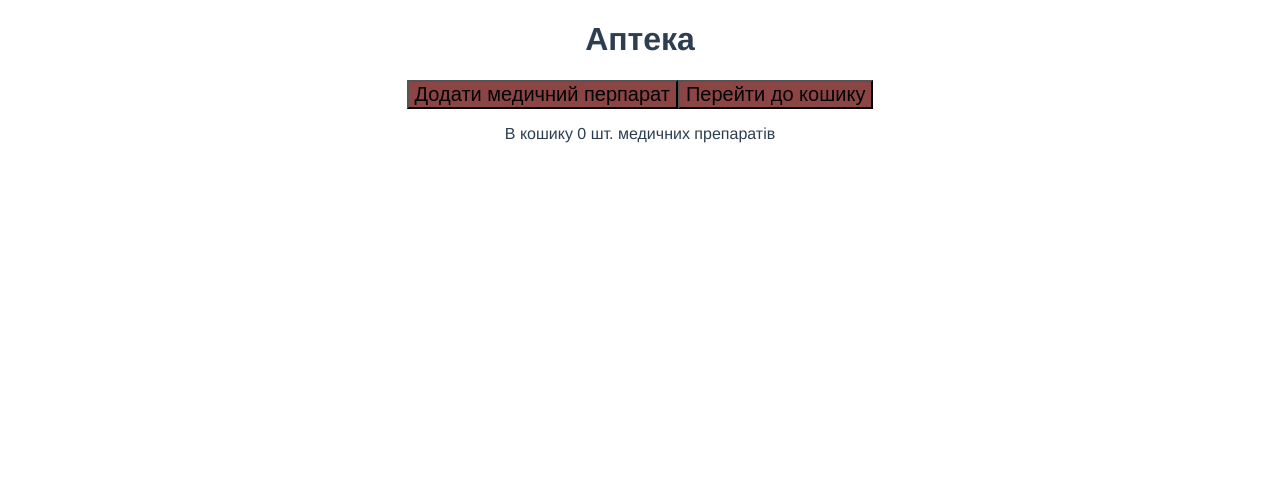
Repository: kristinap8/pharmacy
Page: /
An editor plug-in stored every save of this project. The page is shown before and after the next save, followed by the edit.
The browser window is 1280 px wide. The pictures show the whole page.
The project was rebuilt for these pictures with package versions that can differ from the ones it lists, and the page was loaded fresh each time. Also part of the build but not shown: src/components/AddMedicineForm/index.vue, src/pages/AddMedicine/index.vue, src/components/EditMedicineForm/index.vue, src/pages/EditMedicine/index.vue, src/components/CartForm/index.vue, src/pages/Cart/index.vue.

Above is the page before, as saved 2020-12-10 10:23:51.

### src/main.js
import Vue from 'vue'
import App from './App.vue'
import router from "./router"
import store from "./store"

Vue.config.productionTip = false

new Vue({
  store,
  router,
  render: h => h(App),
}).$mount('#app')

### src/App.vue
<template>
  <div id="app">
    <router-view/>
  </div>
</template>

<script>
export default {
  name: "App",
  components: {},
};
</script>

<style>
#app {
  font-family: Avenir, Helvetica, Arial, sans-serif;
  -webkit-font-smoothing: antialiased;
  -moz-osx-font-smoothing: grayscale;
  color: #2c3e50;
}
</style>

### src/router.js
import Vue from "vue";
import VueRouter from "vue-router";
import AddMedicine from "@/pages/AddMedicine";
import EditMedicine from "@/pages/EditMedicine";
import AllMedicines from "@/pages/AllMedicines";
import Cart from "@/pages/Cart";

Vue.use(VueRouter);

const routes=[
    {
        path:'/',
        name:'all-medicines',
        component:AllMedicines
    },
    {
        path:'/edit_medicine/:medicine_id',
        name:'edit-medicine',
        component:EditMedicine
    },
    {
        path:'/add_medicine',
        name:'add-medicine',
        component:AddMedicine
    },
    {
        path:'/cart',
        name:'cart',
        component:Cart
    },

]

const router=new VueRouter({
    mode:"history",
    routes
});

export default router;

### src/store/index.js
import Vue from "vue";
import Vuex from "vuex";
import { v4 as uuid_v4 } from 'uuid'

Vue.use(Vuex)
const store=new Vuex.Store({
    state:{
      medicinesList:[
          {
              id:1,
              name:'Но-шпа',
              price:60.5,
              requirements:"Спазми гладкої мускулатури, пов'язані з захворюваннями біліарного тракту: холецистолітіаз, холангіолітіаз, холецистит, перихолецистит, холангіт, папіліт. Спазми гладкої мускулатури при захворюваннях сечового тракту: нефролітіаз, уретролітіаз, пієліт, цистит, тенезми сечового міхура.",
              maker:"Chinoin (Угорщина)"

          },
          {
            id:2,
            name:"Діазолін",
            price:19,
            requirements:"Профілактика і лікування сезонного та алергічного риніту, полінозу, кропив'янки, харчової та медикаментозної алергії, дерматозів, що супроводжуються свербежем шкіри (екзема, нейродерміт).",
            maker:"Фармак ОАО (Україна, Київ)"

        },
        {
            id:3,
            name:"Амоксил",
            price:81.5,
            requirements:"Інфекції органів дихання, сечостатевої системи, травного тракту (у тому числі у комбінації з метронідазолом або кларитроміцином застосовують для лікування захворювань, асоційованих із Helicobacter pylori), шкіри та м’яких тканин, спричинені чутливими до лікарського засобу мікроорганізмами.",
            maker:"Киевмедпрепарат ОАО (Україна, Київ)"

        }
      ],
      cart:[],
      cartItemsCount:0
    },
    mutations:{
        addMedicine(state, data) {
            state.medicinesList.push({
             id: uuid_v4(),
             ...data,
           })
         },
         deleteMedicine(state,id){
             let medicines=state.medicinesList.filter(medicine=>medicine.id!=id)
             state.medicinesList=medicines;
         },
         editMedicine(state,medicine){
             state.medicinesList.forEach(m=>{
                 if(m.id==medicine.id){
                     m=medicine;
                 }
             } )
         },
         addToCart(state,medicine){
            let isMedicineExists=state.cart.find(m => m.id == medicine.id);

            if (isMedicineExists) {
                isMedicineExists.quantity ++;
                isMedicineExists.totalPrice = (isMedicineExists.quantity * isMedicineExists.price).toFixed(2);
            } else {
                state.cart.push(medicine);

                Vue.set(medicine, 'quantity', 1);
                Vue.set(medicine, 'totalPrice', medicine.price);
            }
             state.cartItemsCount++
         },
         deleteItemFromCart(state,medicine){
            let index = state.cart.indexOf(medicine);
            if (index > -1) {
                let item= state.cart[index];
                if(item.quantity>1)
                {
                    state.cartItemsCount--;
                    item.quantity--;
                    item.totalPrice-=item.price;
                }
                else{
                    state.cartItemsCount -= item.quantity;
                    state.cart.splice(index, 1);
                }

            }
         }
    },
    actions:{
        addMedicine({ commit }, medicine) {
            commit('addMedicine', medicine)
         },
          deleteMedicine({commit},id){
              commit('deleteMedicine',id)
          },
          editMedicine({commit},medicine){
              commit('editMedicine',medicine)
          },
          addToCart({commit},medicine){
              commit('addToCart',medicine)
          },
          deleteItemFromCart({commit},medicine){
              commit("deleteItemFromCart",medicine)
          }

    },
    getters:{
        getMedicines:(state)=> state.medicinesList,
        getMedicineById:(state)=>(id)=>{return state.medicinesList.find(m=>m.id===id)},
        getMedicinesInCart:(state)=>state.cart,
     },
    modules:{

    }
})

export default store

### src/pages/AllMedicines/index.vue
<template>
    <div>
        <h1 class="header">Аптека</h1>
        <div class='btns'>
        <router-link to="/add_medicine" tag="button" class='add-btn'>Додати медичний перпарат</router-link>
        <router-link to="/cart" tag="button" class='cart-btn'>Перейти до кошику</router-link>
        </div>
        <p class="cart-count">В кошику {{this.$store.state.cartItemsCount}} шт. медичних препаратів</p>
     <medicines-list/>
    </div>
</template>

<script>

import MedicinesList from "../../components/MedicinesList"
    export default {
        name:"AllMedicine",
        components: {
            MedicinesList,
        },

    }
</script>

<style lang="scss" scoped>
 .header{
      text-align: center;
  }
  .cart-count{
   text-align: center;
  }
  .btns{
      text-align: center;
  }
  .add-btn{
      background:rgb(139, 69, 69);
      font-size:20px;
  }
  .cart-btn{
      background:rgb(139, 69, 69);
      font-size:20px;
  }
</style>

### src/components/MedicinesList/index.vue
<template>
    <div>
        <div>
          <input type="text" placeholder="Знайти..." v-model="search"/>
          <label>
          Фільтер ціни:(до якої ціни відображати товари):
          <input type="number" v-model="price"/>
          </label>
        </div>
        <div>
            <label>
                Сортування:
                <button>Сортувати</button>
                за ціною
                <button>Сортувати</button>
                за назвою
            </label>
        </div>
    <div class="list-container">
    <medicine-card
    v-for="medicine in filteredMedicines"
    :key="medicine.id"
    :id="medicine.id"
    :name="medicine.name"
    :price="medicine.price"
    :requirements="medicine.requirements"
    :maker="medicine.maker"
    />
     </div>
    </div>
</template>

<script>
import { mapGetters } from 'vuex'
import MedicineCard from "./MedicineCard"
    export default {
        name:"MedicinesList",
        data() {
            return {
                search:"",
                price:this.getMaxPrice(),
            }
        },
        components: {
        MedicineCard,
        },
        computed: {
            ...mapGetters(['getMedicines']),
            filteredMedicines() {
           return this.getMedicines
             .filter((m) => {
              return (
              m.name.toLowerCase().includes(this.search.toLowerCase()) ||
              m.maker.toLowerCase().includes(this.search.toLowerCase()) ||
              m.requirements.toLowerCase().includes(this.search.toLowerCase())||
              m.price==Number(this.search)
            );})
            .filter((m)=>{
                return(
                   m.price <= Number(this.price)
                )
            })
            },
        methods: {
            getMaxPrice() {
                var maxPrice=this.getMedicines.reduce(function(prev,cur) {
                    return cur.price>prev.price?cur:prev;
                    },{price:-Infinity});
                    return maxPrice
              }

        },
        }
       }

//var sortByName = function (d1, d2) {return (d1.name.toLowerCase() > d2.name.toLowerCase()) ? 1 : -1;};
//var sortByPrice = function (d1, d2) { return (d1.price > d2.price) ? 1 : -1; };
</script>

<style lang="scss" scoped>
  .list-container{
      display: flex;
  }
</style>

### src/components/MedicinesList/MedicineCard/index.vue
<template>
    <div class="card-container">
    <div><b>Назва:</b>{{name}}</div>
    <div><b>Ціна:</b>{{price}}</div>
    <div><b>Показання:</b>{{requirements}}</div>
    <div><b>Виробник:</b>{{maker}}</div>
    <button @click="onEditMedicine" class="edit-btn">Редагувати</button>
    <button @click="onDeleteMedicine(id)" class="delete-btn">Видалити</button>
    <button @click="onAddToCart({id,name,price,requirements,maker})" class="add-btn">Додати до кошику</button>
    </div>
</template>

<script>
import { mapActions } from 'vuex'
  export default {
        name:"MedicineCard",
        props: {
            id: {
                type: [String,Number],
                required:true,
            },
            name: {
                type: String,
                default:"Назва препарату не вказана"
            },
            price:{
                type:[String,Number],
                default:0
            },
            requirements:{
                type:String,
                default:"Показань до застосування не вказано"
            },
            maker:{
                type:String,
                default:"Виробника не вказано"
            }

        },
        methods: {
            onDeleteMedicine(id) {
                this.$store.dispatch("deleteMedicine",id)
             },
            onEditMedicine(){
                this.$router.push({
                    name:'edit-medicine',
                    params:{medicine_id:this.id}
                })
            },
            ...mapActions(['addToCart']),
            onAddToCart(item){
                this.$store.dispatch('addToCart',item)
            }
        },
    }
</script>

<style lang="scss" scoped>
.card-container{
  width: 400px;
  height: 200px;
  border: 5px solid rgb(87, 26, 39);
  border-radius: 5px;
  padding: 10px;
  margin: 10px;
  text-align: left;
}
.add-btn{
    background:rgb(75, 138, 91)
}
.edit-btn{
    background:rgb(114, 75, 177)
}
.delete-btn{
    background:rgb(153, 21, 21)
}
</style>

Loaded but not shown: public/index.html (common file)

After the next save:
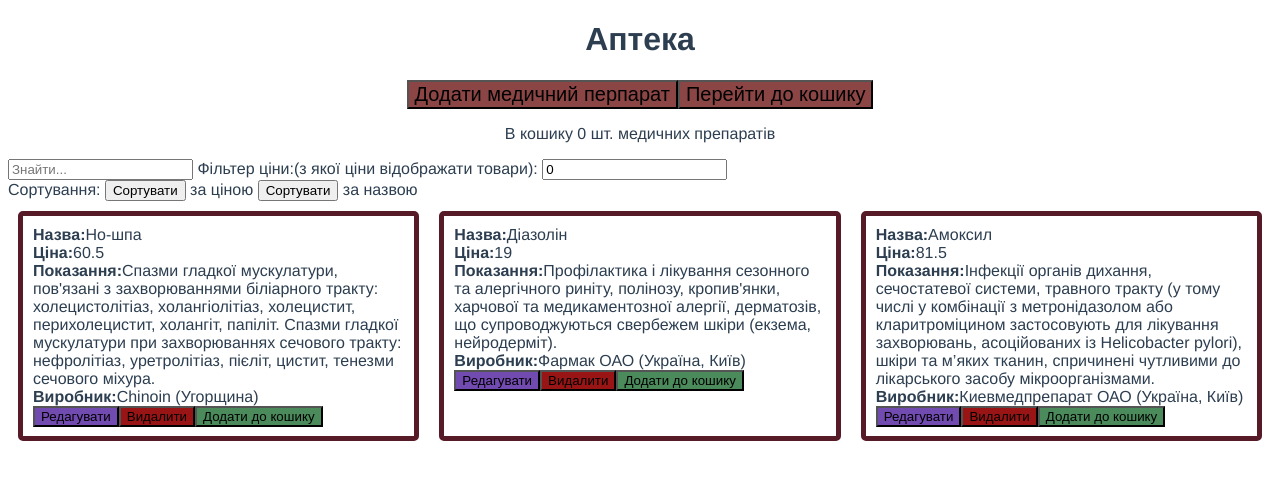
Saved 38 s later.
--- a/src/components/MedicinesList/index.vue
+++ b/src/components/MedicinesList/index.vue
@@ -3,7 +3,7 @@
         <div>
           <input type="text" placeholder="Знайти..." v-model="search"/>
           <label>
-          Фільтер ціни:(до якої ціни відображати товари):
+          Фільтер ціни:(з якої ціни відображати товари):
           <input type="number" v-model="price"/>
           </label>
         </div>
@@ -38,7 +38,7 @@ import MedicineCard from "./MedicineCard"
         data() {
             return {
                 search:"",
-                price:this.getMaxPrice(),
+                price:0,
             }
         },
         components: {
@@ -57,21 +57,13 @@ import MedicineCard from "./MedicineCard"
             );})
             .filter((m)=>{
                 return(
-                   m.price <= Number(this.price)
+                   m.price >= Number(this.price)
                 )
             })
             },
-        methods: {
-            getMaxPrice() {
-                var maxPrice=this.getMedicines.reduce(function(prev,cur) {
-                    return cur.price>prev.price?cur:prev;
-                    },{price:-Infinity});
-                    return maxPrice
-              }
+       },
+        }
 
-        },
-        }
-       }
 
 //var sortByName = function (d1, d2) {return (d1.name.toLowerCase() > d2.name.toLowerCase()) ? 1 : -1;};
 //var sortByPrice = function (d1, d2) { return (d1.price > d2.price) ? 1 : -1; };
